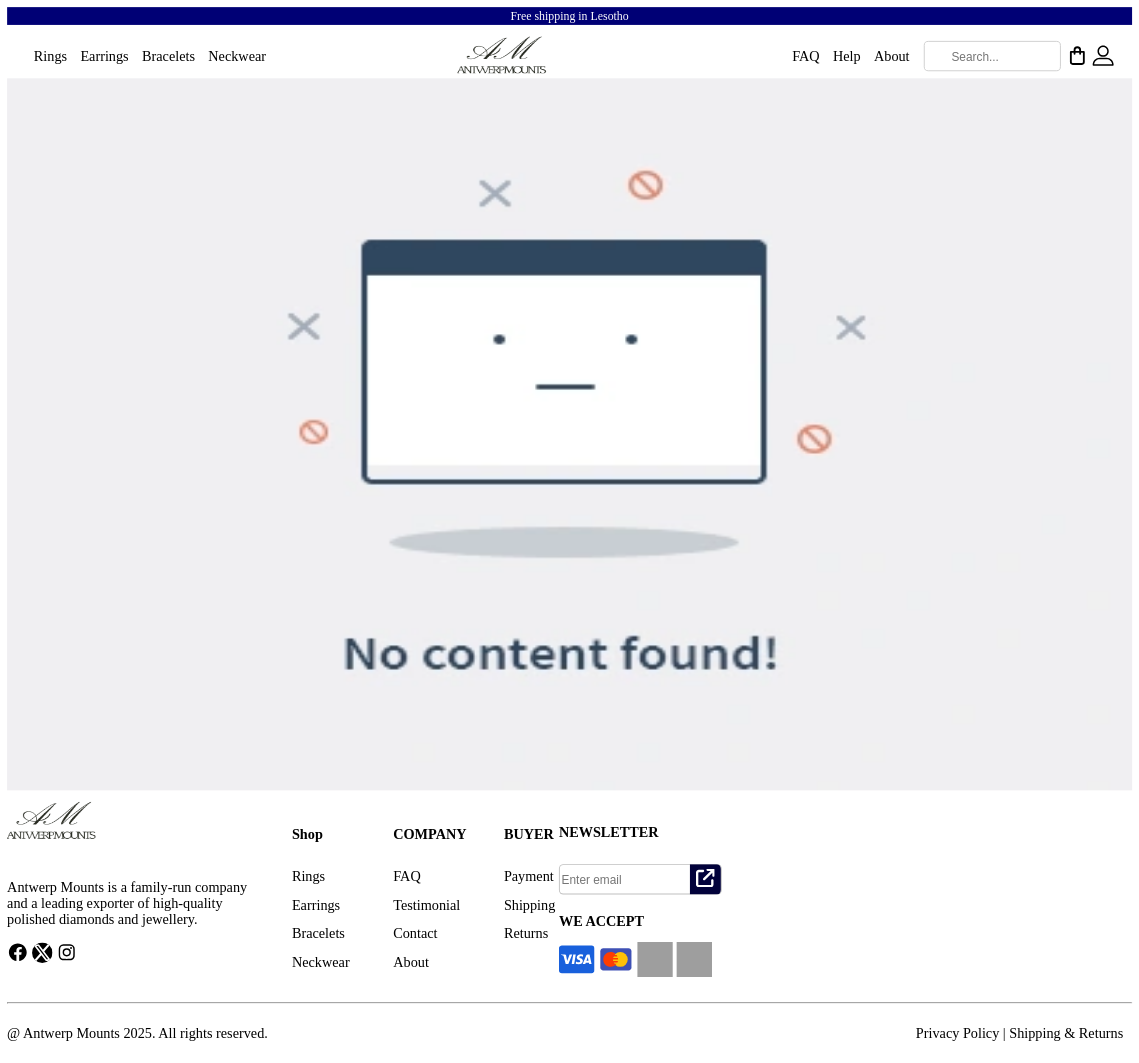
Repository: kea-0424/Web-Development-Project-1
Page: First_collaboration/JewelarySite.html
An editor plug-in stored every save of this project. The page is shown before and after a run of saves, followed by the edit.
The browser window is 1280 px wide. The pictures show the whole page, at 89% of full size.
Pictures or frames that could not be fetched are drawn as grey boxes.

Above is the page before, as saved 2025-01-23 11:11:12.

After the next 2 saves:
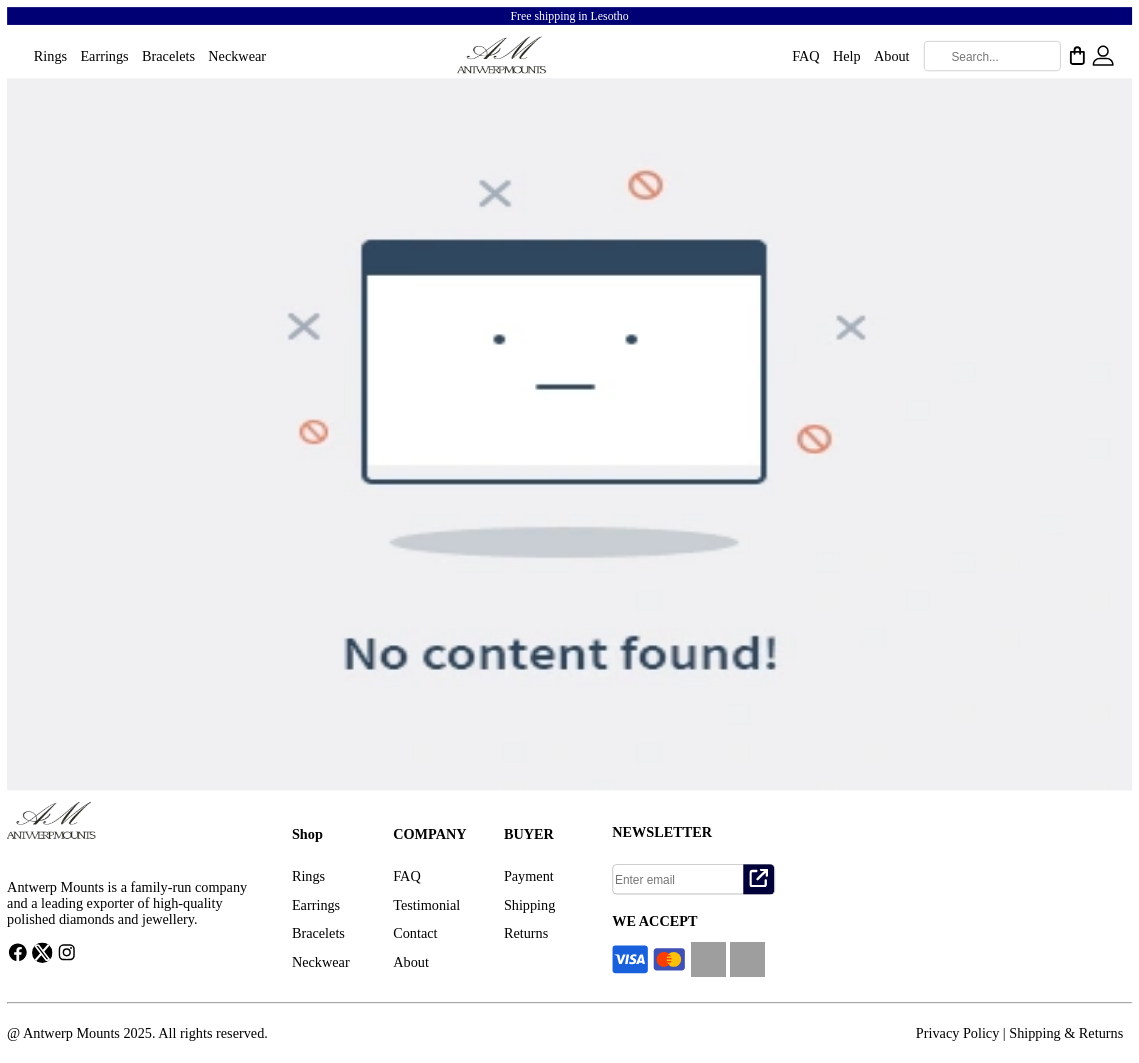
The 2 saves are shown as one change because they came seconds apart.
The last was saved 12 s later.
--- a/First_collaboration/JewelarySite.css
+++ b/First_collaboration/JewelarySite.css
@@ -171,7 +171,7 @@ footer {
 /*border: 1px solid red;*/
 display: inline;
 position: absolute;
-left: 620px;
+left: 680px;
 top:18px;
 }
 hr {
